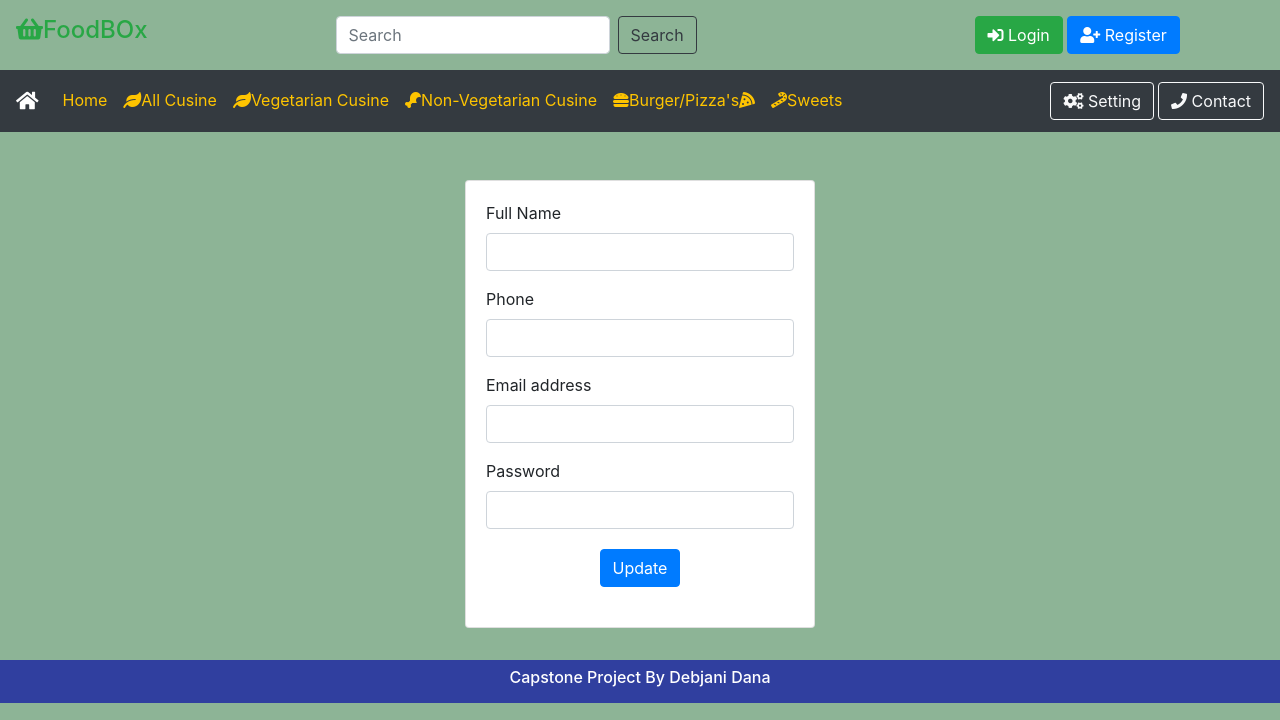
Repository: debjaniprofessional32/Capstone-Final-FoodBox-Delivery-Project
Page: http://localhost/OnlinFoodBOX/Edit_Profile.jsp
An editor plug-in stored every save of this project. The page is shown before and after a run of saves, followed by the edit.
The browser window is 1280 px wide. The pictures show the whole page.
Some web libraries are served in a nearby version. The page is served by Tomcat 9. Other server files are loaded and not shown.

Above is the page before, as saved 2022-12-23 16:17:49.

### OnlinFoodBOX/src/main/webapp/Edit_Profile.jsp
<%@ page language="java" contentType="text/html; charset=ISO-8859-1"
    pageEncoding="ISO-8859-1"%>
    <%@ taglib prefix="c" uri="http://java.sun.com/jsp/jstl/core" %>
 <%@ page isELIgnored = "false" %>
<!DOCTYPE html>
<html>
<head>
<meta charset="ISO-8859-1">
<title>Edit Profile</title>
<%@include file="all_Component/allCss.jsp"%>
</head>
<body style="background-color:#8DB496 ">
<%@include file="all_Component/navbar.jsp"%>

<div class="container">
<div class="row">
<div class="col-md-4 offset-md-4 mt-5 mb-4">
<div class="card">
<div class="card-body">
<form class="form-horizontal" action="" method="">


<div class="form-group">
    <label for="exampleInputEmail1">Full Name</label>
    <input type="text" class="form-control" id="exampleInputEmail1" aria-describedby="emailHelp" name="name" required="required">
      </div>

<div class="form-group">
    <label for="exampleInputEmail1">Phone</label>
    <input type="text" class="form-control" id="exampleInputEmail1" aria-describedby="emailHelp" name="phone" required="required">
      </div>
      <div class="form-group">
    <label for="exampleInputEmail1">Email address</label>
    <input type="email" class="form-control" id="exampleInputEmail1" aria-describedby="emailHelp" name="email" required="required">

  </div>
  <div class="form-group">
    <label for="exampleInputPassword1">Password</label>
    <input type="password" class="form-control" id="exampleInputPassword1" name="password" required="required">
  </div>
<div class="form-group text-center p-1">
<button type="submit" class="btn btn-primary">Update</button>
</div>
</form>
</div>
</div>
</div>
</div>
</div>


	<%@include file="all_Component/footer.jsp"%>

</body>
</html>

### OnlinFoodBOX/src/main/webapp/all_Component/allCss.jsp
<link rel="stylesheet"
	href="https://cdn.jsdelivr.net/npm/bootstrap@4.0.0/dist/css/bootstrap.min.css"
	integrity="sha384-Gn5384xqQ1aoWXA+058RXPxPg6fy4IWvTNh0E263XmFcJlSAwiGgFAW/dAiS6JXm"
	crossorigin="anonymous">
<script src="https://code.jquery.com/jquery-3.2.1.slim.min.js"
	integrity="sha384-KJ3o2DKtIkvYIK3UENzmM7KCkRr/rE9/Qpg6aAZGJwFDMVNA/GpGFF93hXpG5KkN"
	crossorigin="anonymous"></script>
<script
	src="https://cdn.jsdelivr.net/npm/popper.js@1.12.9/dist/umd/popper.min.js"
	integrity="sha384-ApNbgh9B+Y1QKtv3Rn7W3mgPxhU9K/ScQsAP7hUibX39j7fakFPskvXusvfa0b4Q"
	crossorigin="anonymous"></script>
<script
	src="https://cdn.jsdelivr.net/npm/bootstrap@4.0.0/dist/js/bootstrap.min.js"
	integrity="sha384-JZR6Spejh4U02d8jOt6vLEHfe/JQGiRRSQQxSfFWpi1MquVdAyjUar5+76PVCmYl"
	crossorigin="anonymous"></script>
<link rel="stylesheet"
	href="https://cdnjs.cloudflare.com/ajax/libs/font-awesome/5.15.3/css/all.min.css"
	integrity="sha512-iBBXm8fW90+nuLcSKlbmrPcLa0OT92xO1BIsZ+ywDWZCvqsWgccV3gFoRBv0z+8dLJgyAHIhR35VZc2oM/gI1w=="
	crossorigin="anonymous" referrerpolicy="no-referrer" />

### OnlinFoodBOX/src/main/webapp/all_Component/navbar.jsp
 <%@ taglib prefix="c" uri="http://java.sun.com/jsp/jstl/core" %>
 <%@ page isELIgnored = "false" %>
 <style type="text/css">
 .navbar {
     background: #000000
 }

 .nav-item::after {
     content: '';
     display: block;
     width: 0px;
     height: 2px;
     background: #fec400;
     transition: 0.4s
 }

 .nav-item:hover::after {
     width: 100%
 }

 .navbar-dark .navbar-nav .active>.nav-link,
 .navbar-dark .navbar-nav .nav-link.active,
 .navbar-dark .navbar-nav .nav-link.show,
 .navbar-dark .navbar-nav .show>.nav-link,
 .navbar-dark .navbar-nav .nav-link:focus,
 .navbar-dark .navbar-nav .nav-link:hover {
     color: #fec400
 }

 .nav-link {
     padding: 10px 5px;
     transition: 0.2s
 }

 body{
     background-color:grey;
 }
</style>
<div class="container-fluid p-3">
	<div class="row">

		<div class="col-md-3 text-success">

<h4><i class='fa fa-shopping-basket'></i>FoodBOx</h4>
		</div>

		<div class="col-md-6">
			<form class="form-inline my-2 my-lg-0">
				<input class="form-control mr-sm-2" type="search"
					placeholder="Search" aria-label="Search">
				<button class="btn btn-outline-dark my-2 my-sm-0" type="submit">Search</button>
			</form>
		</div>
		<c:if test="${not empty userobj}">
		<div class="col-md-3">
		    <a href="checkout.jsp" class="mt-6"><i class='fas fa-cart-plus fa-2x '></i></a>
			<a href="login.jsp" class="btn btn-success"><i class='fas fa-user-plus'></i>&nbsp;${userobj.name}</a>
			<a href="logout" class="btn btn-primary "><i class='fas fa-sign-in-alt'></i>&nbsp;Logout</a>
		</div>

		</c:if>
		<c:if test="${empty userobj}">
		<div class="col-md-3">
			<a href="login.jsp" class="btn btn-success"><i class='fas fa-sign-in-alt'></i>&nbsp;Login</a>
			<a href="rejister.jsp" class="btn btn-primary "><i class='fas fa-user-plus'></i>&nbsp;Register</a>
		</div>

		</c:if>

	</div>



</div>


<nav class="navbar navbar-expand-lg navbar-dark bg-dark">
  <a class="navbar-brand " href="#"><i class="fas fa-home"></i></a>
  <button class="navbar-toggler" type="button" data-toggle="collapse" data-target="#navbarSupportedContent" aria-controls="navbarSupportedContent" aria-expanded="false" aria-label="Toggle navigation">
    <span class="navbar-toggler-icon"></span>
  </button>

  <div class="collapse navbar-collapse" id="navbarSupportedContent">
    <ul class="navbar-nav mr-auto">
      <li class="nav-item active "><a class="nav-link " href="index.jsp">Home <span class="sr-only">(current)</span></a></li>
      <li class="nav-item active"><a class="nav-link" href="all_veg.jsp"><i class="fa fa-leaf"></i>All Cusine</a></li>
      <li class="nav-item active"><a class="nav-link" href="all_veg1.jsp"><i class="fa fa-leaf"></i>Vegetarian Cusine</a></li>
      <li class="nav-item active"><a class="nav-link " href="all_nonveg.jsp"><i class='fas fa-drumstick-bite'></i>Non-Vegetarian Cusine</a></li>
      <li class="nav-item active"><a class="nav-link " href="all_Bpizza.jsp"><i class='fas fa-hamburger'></i>Burger/Pizza's<i class='fas fa-pizza-slice'></i></a></li>
      <li class="nav-item active"><a class="nav-link " href="all_sweet.jsp"><i class='fas fa-candy-cane'></i>Sweets</a></li>
    </ul>
    <form class="form-inline my-2 my-lg-0">
     <a class="btn btn-outline-light my-2 my-sm-0" href="setting.jsp" class="outline-light"><i class='fa fa-cogs '></i>&nbsp;Setting</a>
      <button class="btn btn-outline-light my-2 my-sm-0 ml-1" type="submit"><i class='fa fa-phone'></i>&nbsp;Contact</button>
    </form>
  </div>
</nav>

### OnlinFoodBOX/src/main/webapp/all_Component/footer.jsp
<div class="container-fluid text-center text-white p-2 mt-2" style="background-color:#303f9f;">
<h6>Capstone Project By Debjani Dana</h6>

</div>

After the next 2 saves:
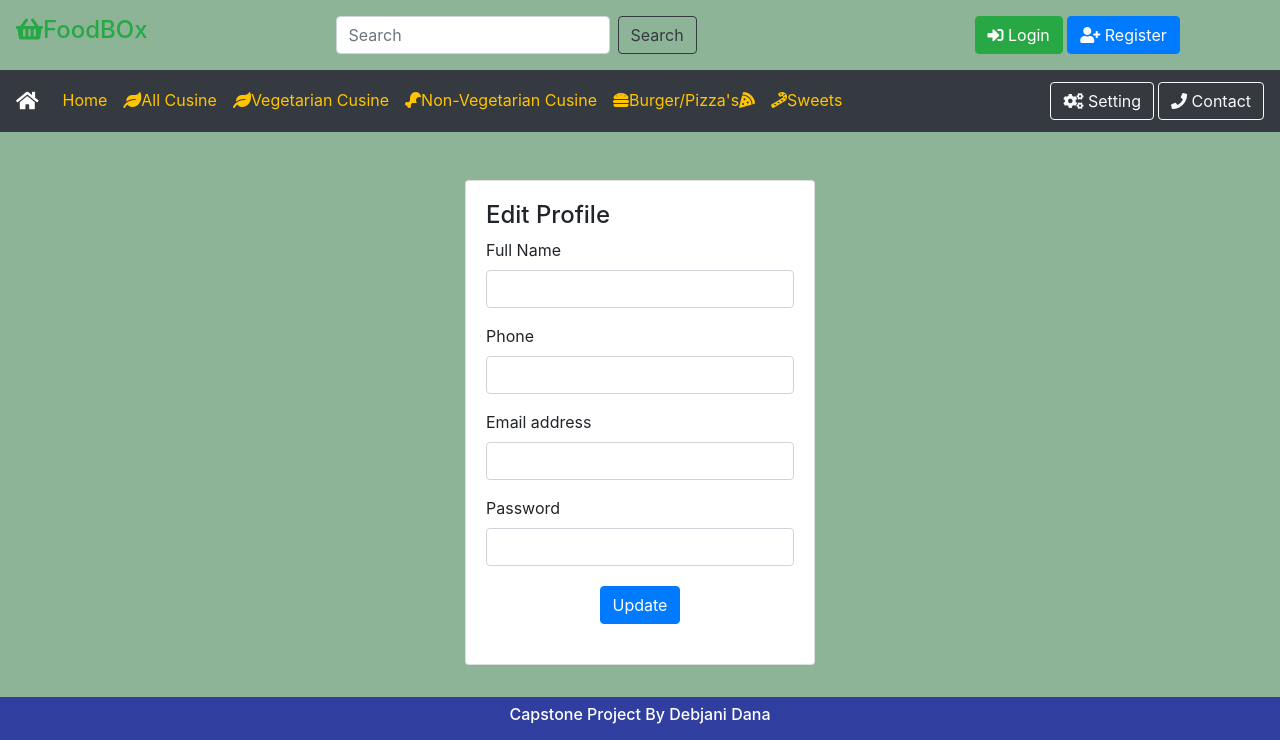
The 2 saves are shown as one change because 1 did not build or start.
The last was saved 7 min 16 s later.
--- a/OnlinFoodBOX/src/main/webapp/Edit_Profile.jsp
+++ b/OnlinFoodBOX/src/main/webapp/Edit_Profile.jsp
@@ -17,21 +17,22 @@
 <div class="col-md-4 offset-md-4 mt-5 mb-4">
 <div class="card">
 <div class="card-body">
+<h4>Edit Profile</h4>
 <form class="form-horizontal" action="" method="">
 
 
 <div class="form-group">
     <label for="exampleInputEmail1">Full Name</label>
-    <input type="text" class="form-control" id="exampleInputEmail1" aria-describedby="emailHelp" name="name" required="required">
+    <input type="text" class="form-control" id="exampleInputEmail1" aria-describedby="emailHelp" name="name" required="required" value="${userobj.name}">
       </div>
 
 <div class="form-group">
     <label for="exampleInputEmail1">Phone</label>
-    <input type="text" class="form-control" id="exampleInputEmail1" aria-describedby="emailHelp" name="phone" required="required">
+    <input type="text" class="form-control" id="exampleInputEmail1" aria-describedby="emailHelp" name="phone" required="required" value="${userobj.email}">
       </div>
       <div class="form-group">
     <label for="exampleInputEmail1">Email address</label>
-    <input type="email" class="form-control" id="exampleInputEmail1" aria-describedby="emailHelp" name="email" required="required">
+    <input type="email" class="form-control" id="exampleInputEmail1" aria-describedby="emailHelp" name="email" required="required" value="${userobj.phone}">
 
   </div>
   <div class="form-group">
